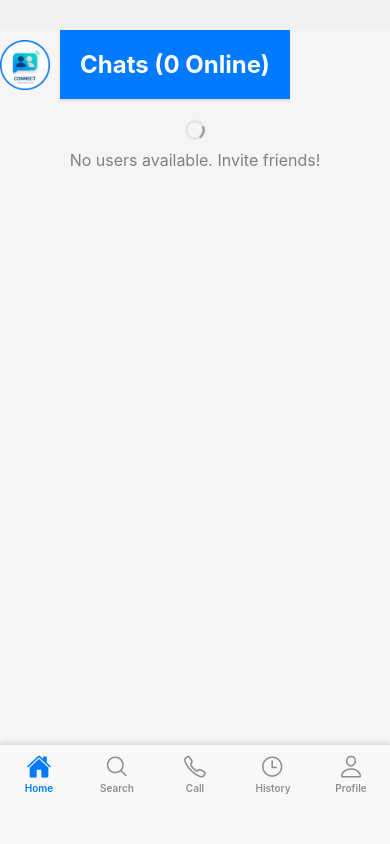
Repository: UdayRaj04/Chatapp_native
Screen: /MainTabs (app in ChatAppFrontend/)
An editor plug-in stored every save of this project. The screen is shown before and after a run of saves, followed by the edit.
The app was drawn by React Native's web renderer in a window 390 px wide. The project was rebuilt for these pictures with package versions that can differ from the ones it lists, and the page was loaded fresh each time. Some packages were replaced by stand-ins written for this rebuild. Also part of the build but not shown: ChatAppFrontend/screens/RegisterScreen.tsx, ChatAppFrontend/screens/ChatScreen.tsx, ChatAppFrontend/screens/SearchScreen.tsx, ChatAppFrontend/screens/AnalyticsScreen.tsx, ChatAppFrontend/screens/HistoryScreen.tsx, ChatAppFrontend/screens/ProfileScreen.tsx.

Above is the screen before, as saved 2025-09-09 17:51:19.

After the next 2 saves:
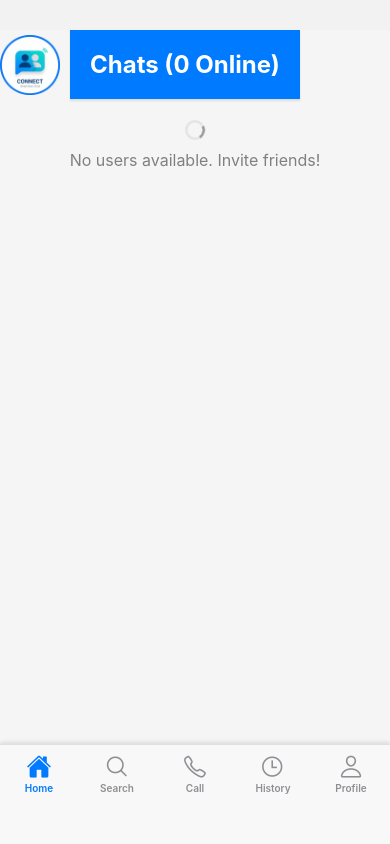
The 2 saves are shown as one change because they came seconds apart.
The last was saved 29 s later.
--- a/ChatAppFrontend/screens/ChatListScreen.tsx
+++ b/ChatAppFrontend/screens/ChatListScreen.tsx
@@ -182,7 +182,7 @@ export default function ChatListScreen({ navigation }: { navigation: any }) {
 }}>
   <Image
     source={require('../assets/logos.png')}
-    style={{ height: 50, width: 50, marginRight: 10 }}  // 👈 space between logo & text
+    style={{ height: 60, width: 60, marginRight: 10 }}  // 👈 space between logo & text
   />
   <Text style={styles.title}>
     Chats ({onlineUsers.size} Online)
